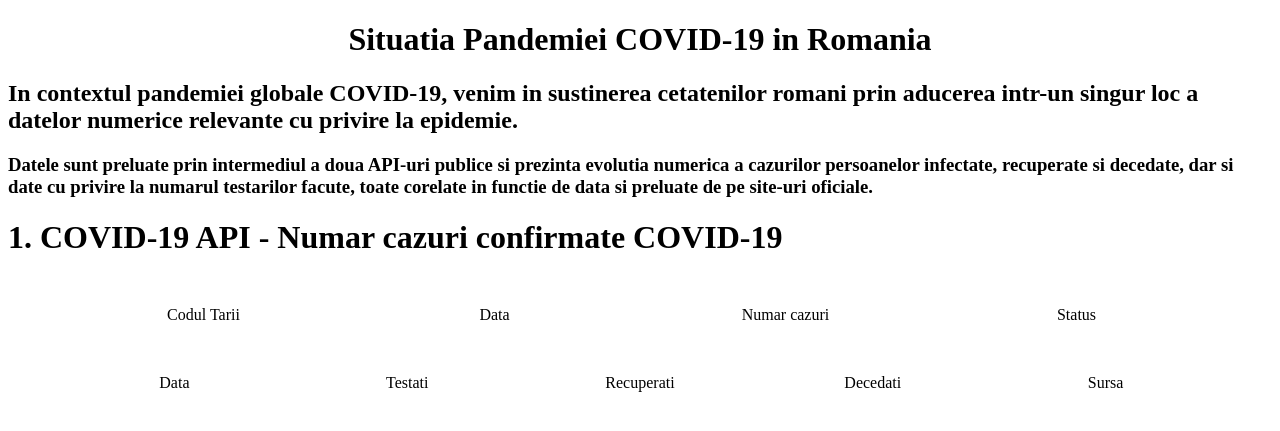
Repository: leonardpirlog/cc_2020_PL
Page: home.html
The author's editor kept a record of every edit. The page is drawn from the files as they stood at one moment, then again after the next edit.
The browser window is 1280 px wide. The pictures show the whole page.
The page's requests for data from a server got no answer.

Above is the page before.

After the next edit:
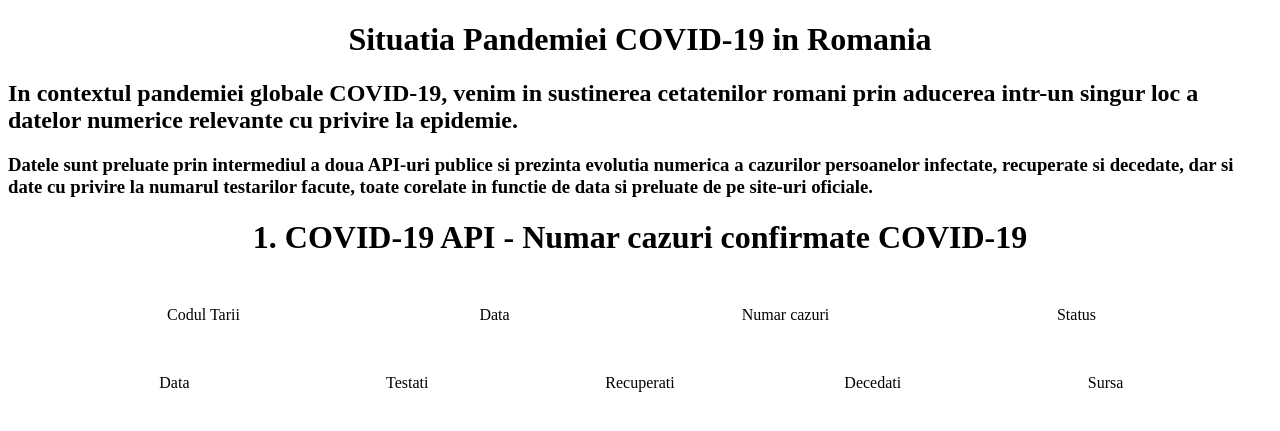
The edit:
--- a/home.html
+++ b/home.html
@@ -30,7 +30,7 @@
                 si date cu privire la numarul testarilor facute, toate corelate in functie de data
                 si preluate de pe site-uri oficiale.
             </h3>
-            <h1 id="subtitlu"><span>
+            <h1 id="subtitlu" align=center><span>
                1. COVID-19 API - Numar cazuri confirmate COVID-19
                </span>
             </h1>
